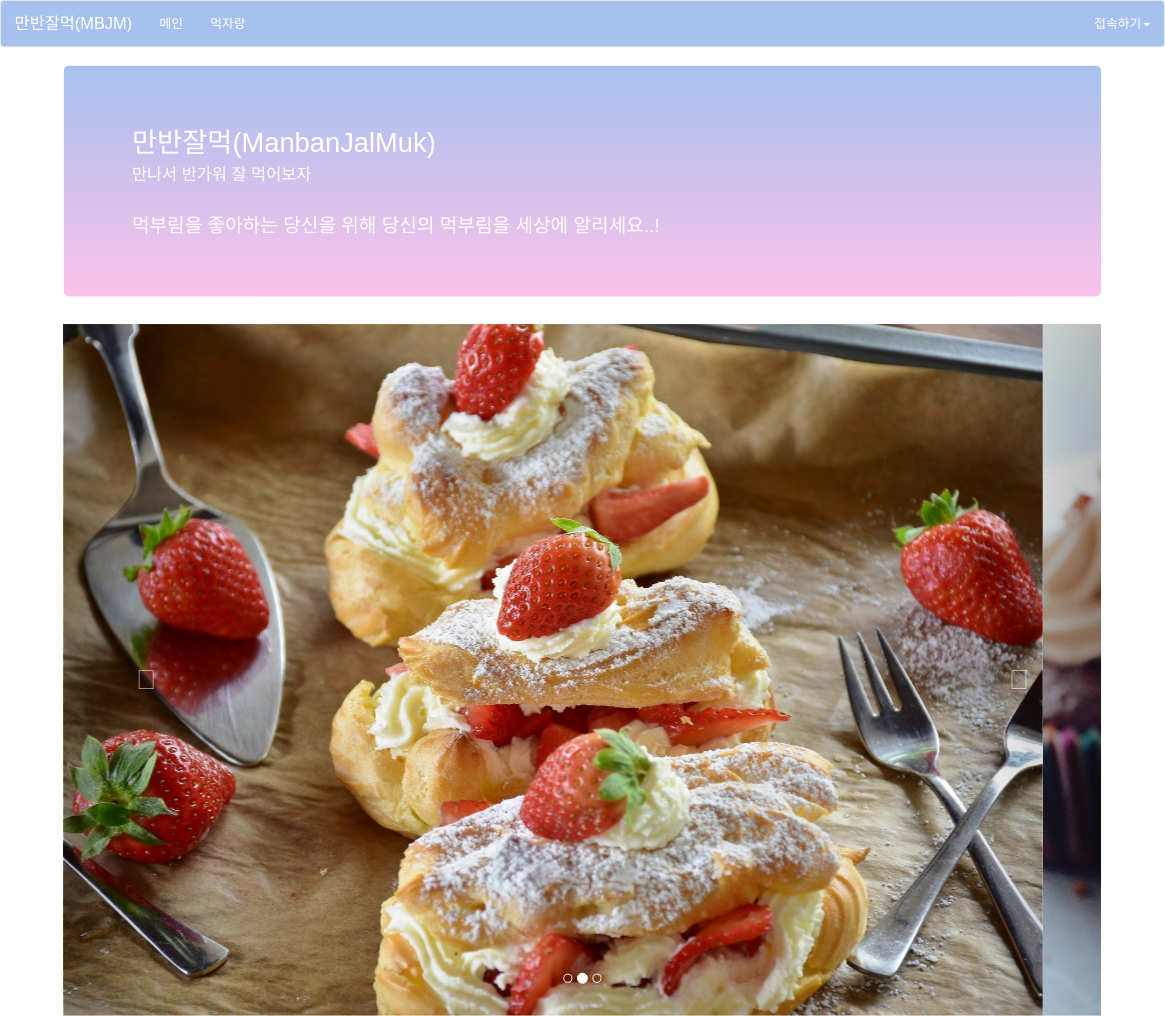
Repository: gimyoni/ManBanJalMuk
Page: http://localhost/text/main.jsp
The author's editor kept a copy of each file at every save. The page is drawn from the files as they stood at one save, then again after the next save.
The browser window is 1280 px wide. The pictures show the whole page, at 91% of full size.
Some web fonts or font styles are not loaded; a fallback is used. Some web libraries are served in a nearby version. The page is served by Tomcat 9. Other server files are loaded and not shown.

Above is the page before, as saved 2021-05-07 03:01:54.

### text/WebContent/main.jsp
<%@ page language="java" contentType="text/html; charset=UTF-8"
	pageEncoding="UTF-8"%>
<!DOCTYPE html>
<html>
<head>
<meta charset="UTF-8">
<meta name="viewport" content="width=device-width" initial-scale="1" />
<link rel="stylesheet" href="css/bootstrap.css">
<link rel="stylesheet" href="css/custom.css">
<title>만반잘먹</title>
</head>
<body>
	<%
		String userID = null;
		// 로그인이 되어있으면 세션에 값이 있을 것이다.
		if (session.getAttribute("userID") != null) {
			userID = (String) session.getAttribute("userID");
		}
	%>
	<nav class="navbar navbar-default">
		<div class="navbar-header">
			<button type="button" class="navbar-toggle collapsed"
				data-toggle="collapse" data-target="#bs-example-navbar-collapse-1"
				aria-expanded="false">
				<span class="icon-bar"></span> <span class="icon-bar"></span> <span
					class="icon-bar"></span>
			</button>
			<a href="main.jsp" class="navbar-brand">만반잘먹(MBJM)</a>
		</div>
		<div class="collapse navbar-collapse"
			id="bs-example-navbar-collapse-1">
			<ul class="nav navbar-nav">
				<li><a href="main.jsp">메인</a></li>
				<li><a href="bbs.jsp">먹자랑</a></li>
			</ul>
			<%
				if (userID == null) {
			%>
			<ul class="nav navbar-nav navbar-right">
				<li class="dropdown"><a href="#" class="dropdown-toggle"
					data-toggle="dropdown" role="button" aria-haspopup="true"
					aria-expanded="false">접속하기<span class="caret"></span></a>
					<ul class="dropdown-menu">
						<li><a href="login.jsp">로그인</a></li>
						<li><a href="join.jsp">회원가입</a></li>
					</ul></li>
			</ul>
			<%
				} else {
			%>
			<ul class="nav navbar-nav navbar-right">
				<li class="dropdown"><a href="#" class="dropdown-toggle"
					data-toggle="dropdown" role="button" aria-haspopup="true"
					aria-expanded="false">회원관리<span class="caret"></span></a>
					<ul class="dropdown-menu">
						<li><a href="logoutAction.jsp">로그아웃</a></li>
					</ul></li>
			</ul>
			<%
				}
			%>
		</div>
	</nav>

	<div class="container">
		<div class="jumbotron">
			<div class="container">
				<h2>만반잘먹(ManbanJalMuk)</h2>
				<h4>만나서 반가워 잘 먹어보자</h4>
				<br>
				<p>먹부림을 좋아하는 당신을 위해 당신의 먹부림을 세상에 알리세요..!</p>
			</div>
		</div>
	</div>

	<div class="container">
		<div id="myCarousel" class="carousel slide" data-ride="carousel">
			<ol class="carousel-indicators">
				<li data-target="#myCarousel" data-slide-to="0" class="active"></li>
				<li data-target="#myCarousel" data-slide-to="1"></li>
				<li data-target="#myCarousel" data-slide-to="2"></li>
			</ol>
			<div class="carousel-inner">
				<div class="item active">
					<img src="images/berrycake.jpg">
				</div>
				<div class="item">
					<img src="images/cupcake.jpg">
				</div>
				<div class="item">
					<img src="images/macarons.jpg">
				</div>
			</div>
			<a href="#myCarousel" class="left carousel-control" data-slide="prev">
				<span class="glyphicon-chevron-left"></span>
			</a>
			<a href="#myCarousel" class="right carousel-control" data-slide="next">
				<span class="glyphicon-chevron-right"></span>
			</a>
		</div>
	</div>


	<script src="https://code.jquery.com/jquery-3.1.1.min.js"></script>
	<script src="js/bootstrap.js"></script>
</body>
</html>

### text/WebContent/css/custom.css
@import url('https://fonts.googleapis.com/css2?family=Nanum+Gothic&display=swap');
@import url(//fonts.googleapis.com/earlyaccess/hanna.css);

*{
	font-family : 'Nanum Gothic', sans-serif;
}
h1{
	font-family : 'Hanna', sans-serif;
}
.jumbotron{
	color:white;
	background-image: linear-gradient(to top, #fbc2eb 0%, #a6c1ee 100%);;
}
.navbar-default{
	background-color:#a6c1ee;
}
.navbar .nav > li > a {
	color:white;
}
.navbar .navbar-right{
	color:white;
}
.navbar .navbar-header .navbar-brand{
	color:white;
}

Loaded but not shown: text/WebContent/css/bootstrap.css (library); text/WebContent/js/bootstrap.js (library)

After the next save:
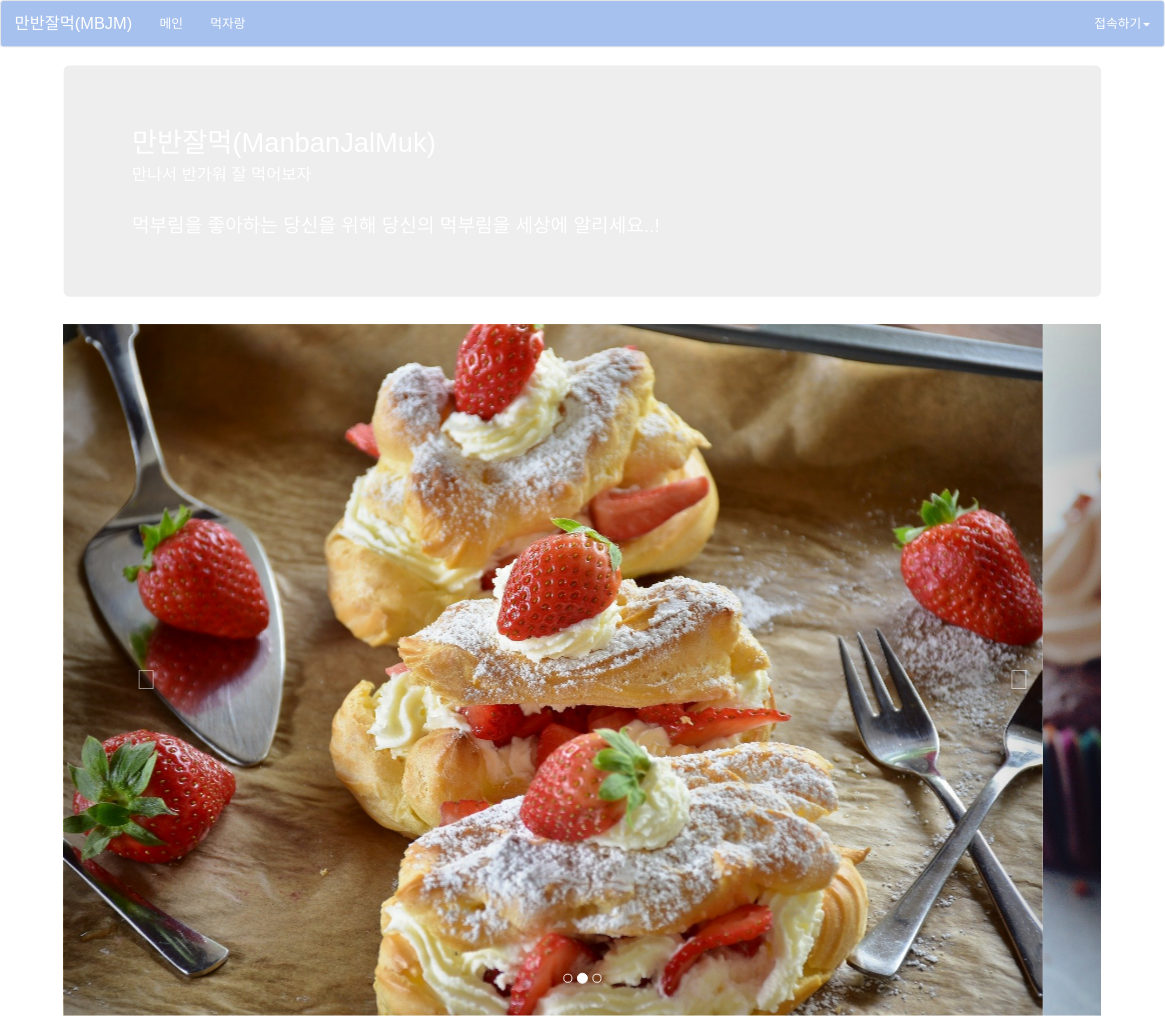
Saved 48 s later.
--- a/text/WebContent/css/custom.css
+++ b/text/WebContent/css/custom.css
@@ -9,7 +9,8 @@ h1{
 }
 .jumbotron{
 	color:white;
-	background-image: linear-gradient(to top, #fbc2eb 0%, #a6c1ee 100%);;
+	<!--background-image: linear-gradient(to top, #fbc2eb 0%, #a6c1ee 100%);-->
+	background-image: linear-gradient(-20deg, #b721ff 0%, #21d4fd 100%);
 }
 .navbar-default{
 	background-color:#a6c1ee;
